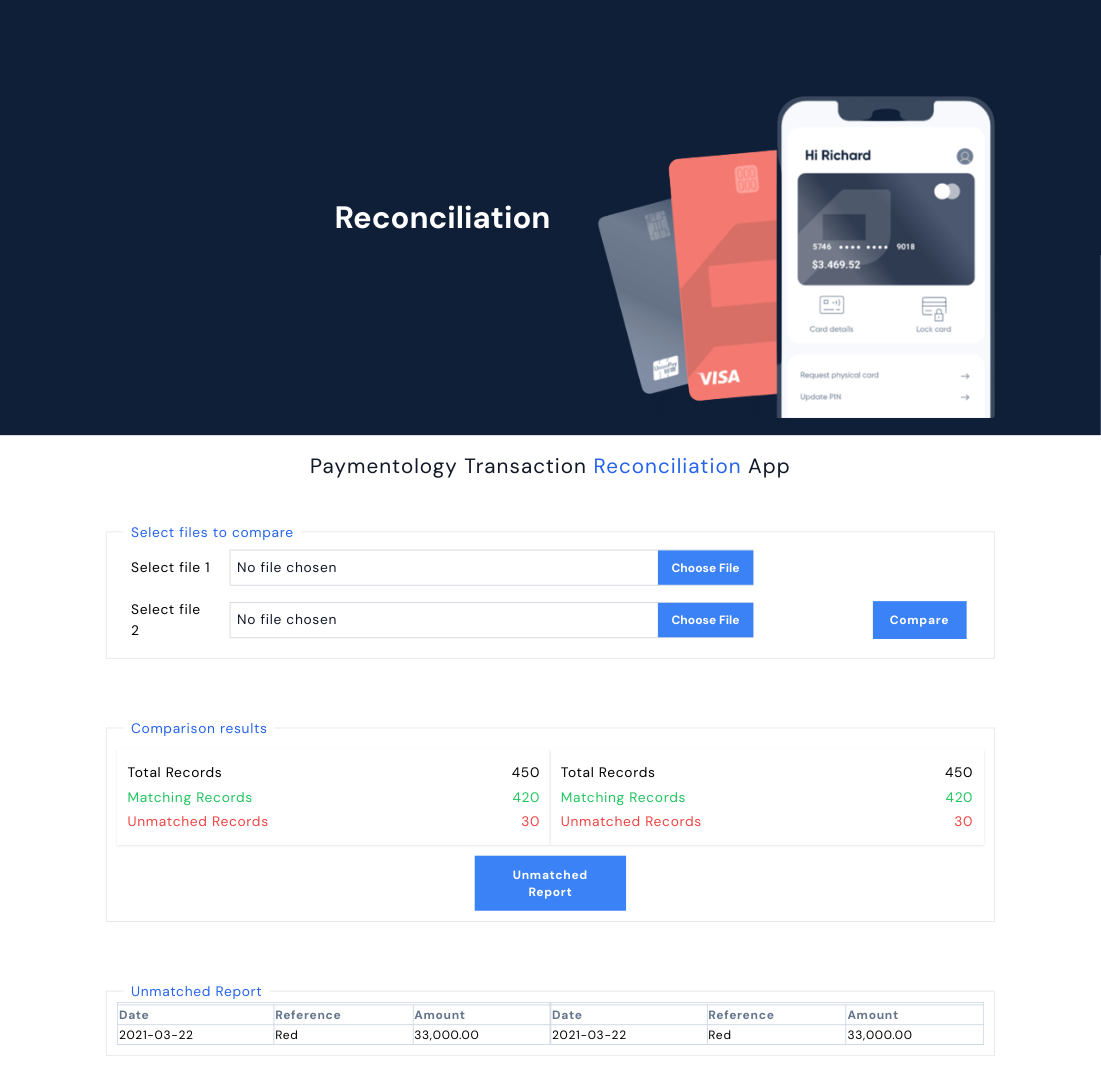
Repository: chionye/paymentology-front
Page: /
An editor plug-in stored every save of this project. The page is shown before and after the next save, followed by the edit.
The browser window is 1280 px wide. The pictures show the whole page, at 86% of full size.
The project was rebuilt for these pictures with package versions that can differ from the ones it lists, and the page was loaded fresh each time.

Above is the page before, as saved 2022-03-20 13:42:54.

### public/index.html
<!DOCTYPE html>
<html lang="en">
  <head>
    <meta charset="utf-8" />
    <link rel="icon" href="%PUBLIC_URL%/favicon.ico" />
    <meta name="viewport" content="width=device-width, initial-scale=1" />
    <meta name="theme-color" content="#000000" />
    <meta
      name="description"
      content="Web site created using create-react-app"
    />
    <link rel="preconnect" href="https://fonts.googleapis.com">
    <link rel="preconnect" href="https://fonts.gstatic.com" crossorigin>
    <link href="https://fonts.googleapis.com/css2?family=DM+Sans:wght@400;700&display=swap" rel="stylesheet">
    <link rel="apple-touch-icon" href="%PUBLIC_URL%/logo192.png" />
    <!--
      manifest.json provides metadata used when your web app is installed on a
      user's mobile device or desktop. See https://developers.google.com/web/fundamentals/web-app-manifest/
    -->
    <link rel="manifest" href="%PUBLIC_URL%/manifest.json" />
    <!--
      Notice the use of %PUBLIC_URL% in the tags above.
      It will be replaced with the URL of the `public` folder during the build.
      Only files inside the `public` folder can be referenced from the HTML.

      Unlike "/favicon.ico" or "favicon.ico", "%PUBLIC_URL%/favicon.ico" will
      work correctly both with client-side routing and a non-root public URL.
      Learn how to configure a non-root public URL by running `npm run build`.
    -->
    <title>React App</title>
  </head>
  <body>
    <noscript>You need to enable JavaScript to run this app.</noscript>
    <div id="root"></div>
    <!--
      This HTML file is a template.
      If you open it directly in the browser, you will see an empty page.

      You can add webfonts, meta tags, or analytics to this file.
      The build step will place the bundled scripts into the <body> tag.

      To begin the development, run `npm start` or `yarn start`.
      To create a production bundle, use `npm run build` or `yarn build`.
    -->
  </body>
</html>

### src/index.css
@tailwind base;
@tailwind components;
@tailwind utilities;

body {
  margin: 0;
  padding:0;
  box-sizing: border-box;
  font-family: -apple-system, BlinkMacSystemFont, 'Segoe UI', 'Roboto', 'Oxygen',
    'Ubuntu', 'Cantarell', 'Fira Sans', 'Droid Sans', 'Helvetica Neue',
    sans-serif;
  -webkit-font-smoothing: antialiased;
  -moz-osx-font-smoothing: grayscale;
  font-family: 'DM Sans', sans-serif;
}

input[type=file]::file-selector-button {
  position: absolute;
  right:-5px;
  top:0;

}
input[type=file]::-ms-browse {
  position: absolute;
  right:-5px;
  top:0;
}

input[type=file]::-webkit-file-upload-button {
  position: absolute;
  right:-5px;
  top:0;
}

### src/App.js
import Banner from "./components/Banner";
import CompareFiles from "./components/CompareFiles";
import { FileProvider } from "./context/index.context";
import Results from "./components/Results";
import Report from "./components/Report";
import Title from "./components/Title";

function App() {
  return (
    <FileProvider>
      <Banner />
      <Title />

      <CompareFiles />
      <Results />
      <Report />
    </FileProvider>

  );
}

export default App;

### src/components/Banner.js
import BannerImg from "../assets/PaymentologyImg.png";
import Container from "./Container";
const Banner = () => {
    const style = {
        background: "#0f1f38"
    }
    return(
        <div style={style} >
            <Container>
                <div className="flex flex-col md:flex-row md:justify-between md:items-center">
                    <div className="w-1/2 text-white text-4xl font-bold text-right">
                        <h1>Reconciliation</h1>
                    </div>
                    <div className="w-1/2 ">
                        <img src={BannerImg} alt="Banner" />
                    </div>
                </div>

            </Container>



        </div>
    )
}

export default Banner;

### src/components/CompareFiles.js
import Button from "./Button";
import Container from "./Container";
import InputFile from "./InputFile";
import Section from "./Section";
import { useFileContext } from "../context/index.context";

const CompareFiles = () => {
    const {file, setFile} = useFileContext();

    const saveFile_1 = e => {
        setFile({
            ...file,
            file1: e.target.files[0],
            fileName1: e.target.files[0].name
        })
    }

    const saveFile_2 = e => {
        setFile({
            ...file,
            file2: e.target.files[0],
            fileName2: e.target.files[0].name
        })
    }

    return(
        <Container>
            <Section title={"Select files to compare"}>
                <InputFile
                file={"Select file 1"}
                handleFile={saveFile_1}
                 />
                <div className="flex flex-col md:flex-row md:items-center md:justify-between">
                    <InputFile
                    file={"Select file 2"}
                    handleFile={saveFile_2}
                    />
                    <div className="my-3 md:my-0 md:mr-5">

                    <Button width={"w-full"} label={"Compare"} />
                    </div>

                </div>
            </Section>
        </Container>

    )
}

export default CompareFiles;

### src/context/index.context.js
import { createContext, useContext, useState } from "react";

const FileContext = createContext(null);

export const FileProvider = ({children}) => {
     const [file, setFile] = useState({
        file1: '',
        fileName1: '',
        file2:'',
        fileName2: ''
    });

    return(
        <FileContext.Provider value={{file, setFile}}>
            {children}
        </FileContext.Provider>
    )
}

export const useFileContext = () => useContext(FileContext);

### src/components/Results.js
import Button from "./Button";
import Container from "./Container";
import FileSummary from "./FileSummary";
import Section from "./Section";
import { useFileContext } from "../context/index.context";

const Results = () => {
    const { file } = useFileContext();
    return(
        <Container>
            <Section title={"Comparison results"}>
                <div className="flex flex-col md:flex-row md:justify-between md:items-center">
                    <FileSummary
                        fileName={file.fileName1}
                        totalRecords={450}
                        matchingRecords={420}
                        unmatchedRecords={30}
                    />
                    <FileSummary
                        fileName={file.fileName2}
                        totalRecords={450}
                        matchingRecords={420}
                        unmatchedRecords={30}
                    />
                </div>
                <div className="md:flex md:w-44 md:justify-center md:mx-auto">
                        <Button width={"w-full"} label={"Unmatched Report"} />
                </div>
            </Section>
        </Container>
    )
}

export default Results;

### src/components/Report.js
import Container from "./Container";
import Section from "./Section";
import FileReports from "./FileReports";


const Report = () => {

    return(
        <Container>
            <Section title={"Unmatched Report"}>
                <FileReports />
            </Section>
        </Container>
    )
}

export default Report;

### src/components/Title.js
import Container from "./Container"

const Title = () => {
    return(
        <Container>
            <div className="md:w-5/6 mx-auto">
                <h1 className="font-medium tracking-wider text-center  leading-loose text-xl md:text-2xl text-gray-900">Paymentology Transaction <span className="text-blue-600">Reconciliation</span> App</h1>

            </div>
        </Container>
    )
}

export default Title;

### src/components/Container.js
const Container = (props) => {

    return <div className="p-5 mx-auto">{props.children}</div>
}
export default Container;

### src/components/Button.js
const Button = (props) => {

    return <button className={`${props.width} bg-blue-500 hover:bg-blue-700 py-3 px-5 text-sm text-white font-semibold`} disabled={true}>{props.label}</button>
}

export default Button;

### src/components/InputFile.js


const InputFile = (props) => {


    return(
        <div className="flex flex-col md:flex-row w-full md:w-3/4 md:items-center md:justify-between text-sm md:text-base tracking-wider my-2 md:px-4">
            <label className="w-28 ">{props.file}</label>
            <div className="w-full border border-1 border-gray-300 py-2.5 sm:py-2 relative md:ml-5">
                <input type="file"
                        className="block
                        font-medium
                        tracking-wider
                        w-full
                        pl-2
                        appearance-none
                        text-gray-900
                        file:py-2.5
                        file:px-4
                        file:border-0
                        file:text-sm
                        file:font-semibold
                        file:bg-blue-500
                        hover:file:bg-blue-700
                        file:text-white"
                        onChange={props.handleFile}
                    />
            </div>

        </div>
    )
}

export default InputFile;

### src/components/Section.js

const Section = (props) => {
    return(
        <div className="relative md:w-5/6  h-auto p-3 border border-1 border-gray mx-auto my-5 tracking-wider">
            <div className="absolute font-medium -top-3 left-1 md:left-5 bg-white  text-blue-600 px-2">{props.title}</div>
            {props.children}
        </div>
    )
}

export default Section;

### src/components/FileSummary.js
const FileSummary = (props) => {
    return(
        <div className="shadow text-sm md:text-base p-3 my-3 w-full md:w-1/2  max-w-lg tracking-wider ">
            <div className="font-semibold text-xl">{props.fileName}</div>
            <div className="flex flex-row justify-between my-1">
                <span>Total Records</span>
                <span>{props.totalRecords}</span>
            </div>
            <div className="flex flex-row justify-between my-1 text-green-500">
                <span>Matching Records</span>
                <span>{props.matchingRecords}</span>
            </div>
            <div className="flex flex-row justify-between my-1 text-red-500">
                <span>Unmatched Records</span>
                <span>{props.unmatchedRecords}</span>
            </div>
        </div>
    )
}

export default FileSummary;

### src/components/FileReports.js
import { useFileContext } from "../context/index.context";
import FileReport from './FileReport';

const FileReports = () => {
    const {file} = useFileContext();

    return(
        <div className="w-full overflow-x-scroll flex flex-row">
            <FileReport
                fileName={file.fileName1}
                date={'2021-03-22'}
                reference={'Red'}
                amount={'33,000.00'}
            />
            <FileReport
                fileName={file.fileName2}
                date={'2021-03-22'}
                reference={'Red'}
                amount={'33,000.00'}
            />
        </div>

    )
}

export default FileReports;

### src/components/FileReport.js
const FileReport = (props) => {
    return(
        <table className="w-full border-collapse border-gray-300 text-sm">
            <thead>
                <tr className="text-left">
                    <th className="font-medium text-base border border-slate-300" colSpan={3} >{props.fileName}</th>
                </tr>
                <tr className="text-left text-slate-500">
                    <th className="border border-slate-300">Date</th>
                    <th className="border border-slate-300">Reference</th>
                    <th className="border border-slate-300">Amount</th>
                </tr>
            </thead>
            <tbody>
                <tr>
                    <td className="border border-slate-300">{props.date}</td>
                    <td className="border border-slate-300">{props.reference}</td>
                    <td className="border border-slate-300">{props.amount}</td>
                </tr>
            </tbody>
        </table>
    )
}

export default FileReport;

Loaded but not shown: src/index.js (common file); src/reportWebVitals.js (common file); tailwind.config.js (common file)

After the next save:
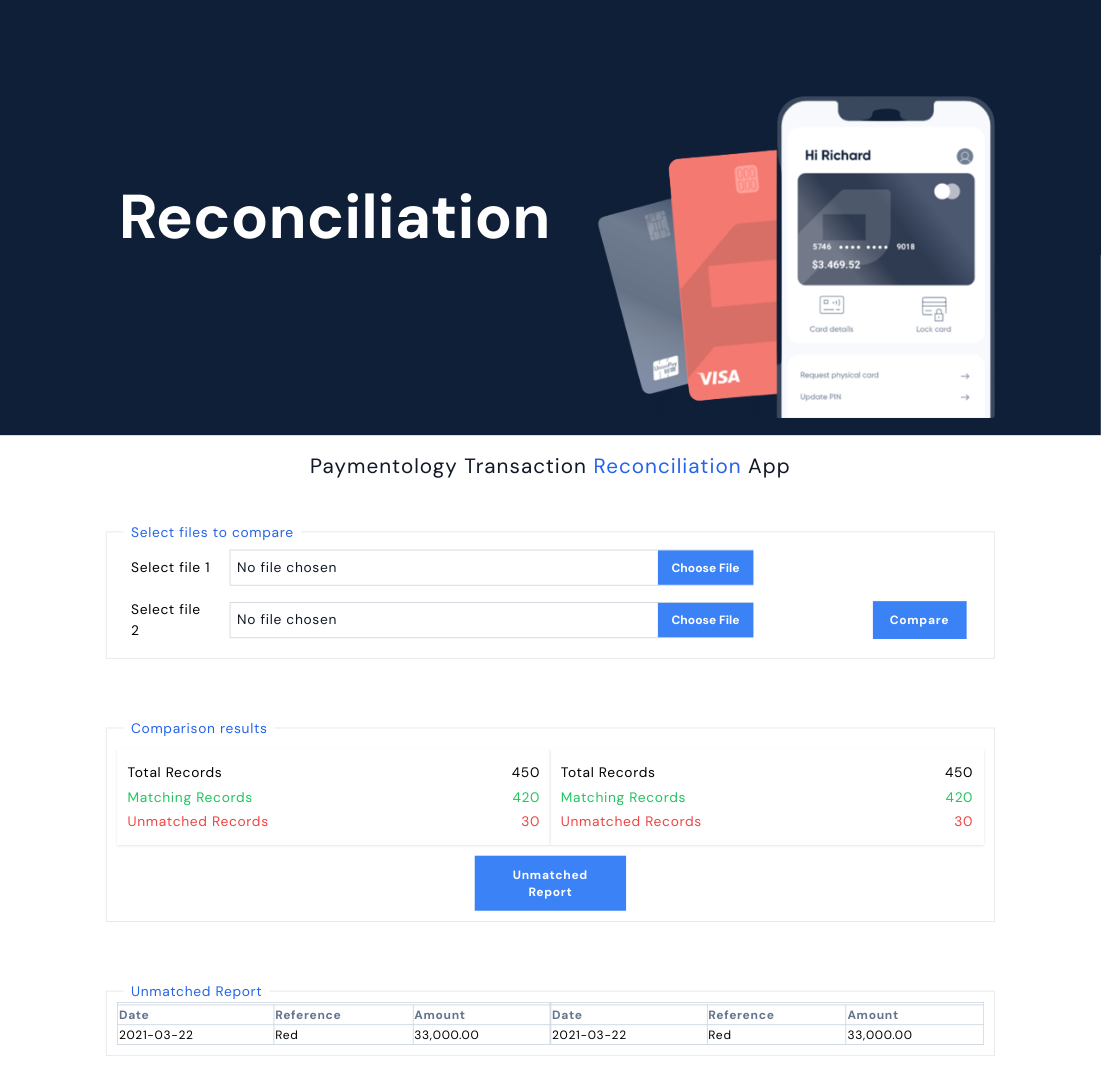
Saved 12 s later.
--- a/src/components/Banner.js
+++ b/src/components/Banner.js
@@ -8,7 +8,7 @@ const Banner = () => {
         <div style={style} >
             <Container>
                 <div className="flex flex-col md:flex-row md:justify-between md:items-center">
-                    <div className="w-1/2 text-white text-4xl font-bold text-right">
+                    <div className="w-1/2 text-white text-7xl font-bold text-right">
                         <h1>Reconciliation</h1>
                     </div>
                     <div className="w-1/2 ">
